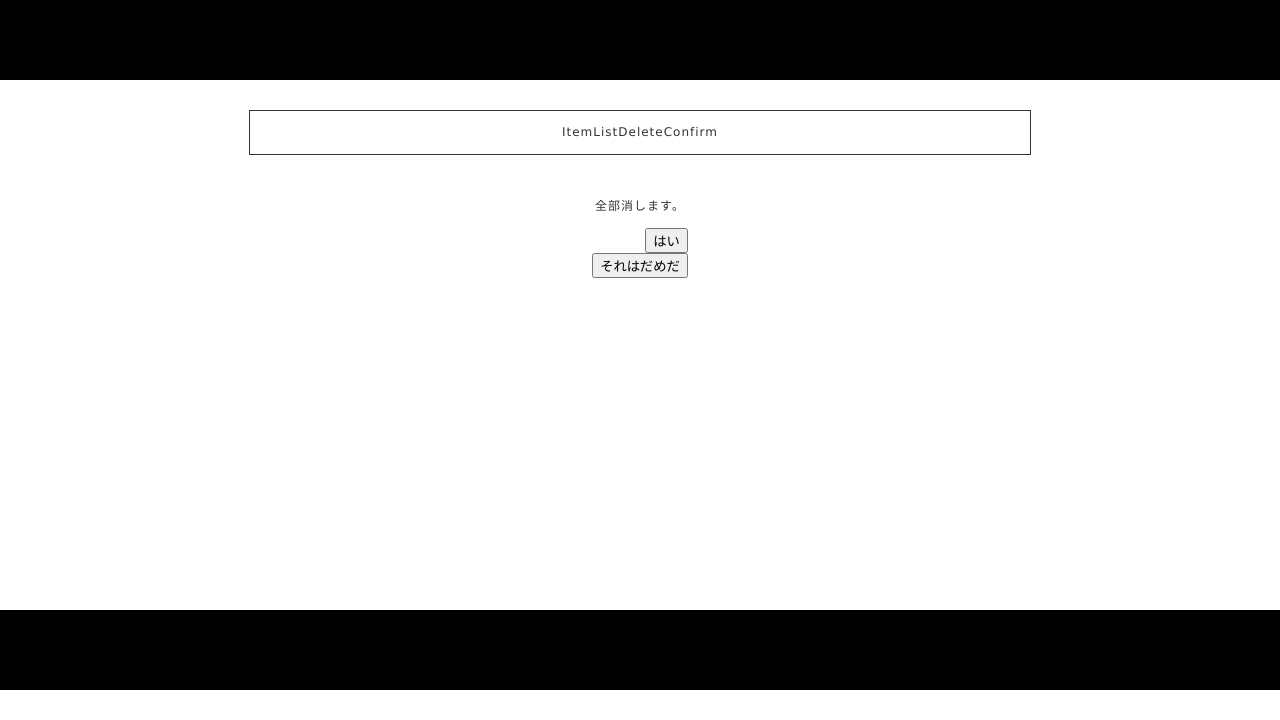
Repository: user-yo-yo/test
Page: http://localhost/ecsite/itemListDeleteConfirm.jsp
These files come from the project's save history. The page is drawn as it stood at one moment and after the next save; the edit follows.
The browser window is 1280 px wide. The pictures show the whole page.
The page is served by Tomcat 9.

Above is the page before, as saved 2019-03-14 06:55:35.

After the next save:
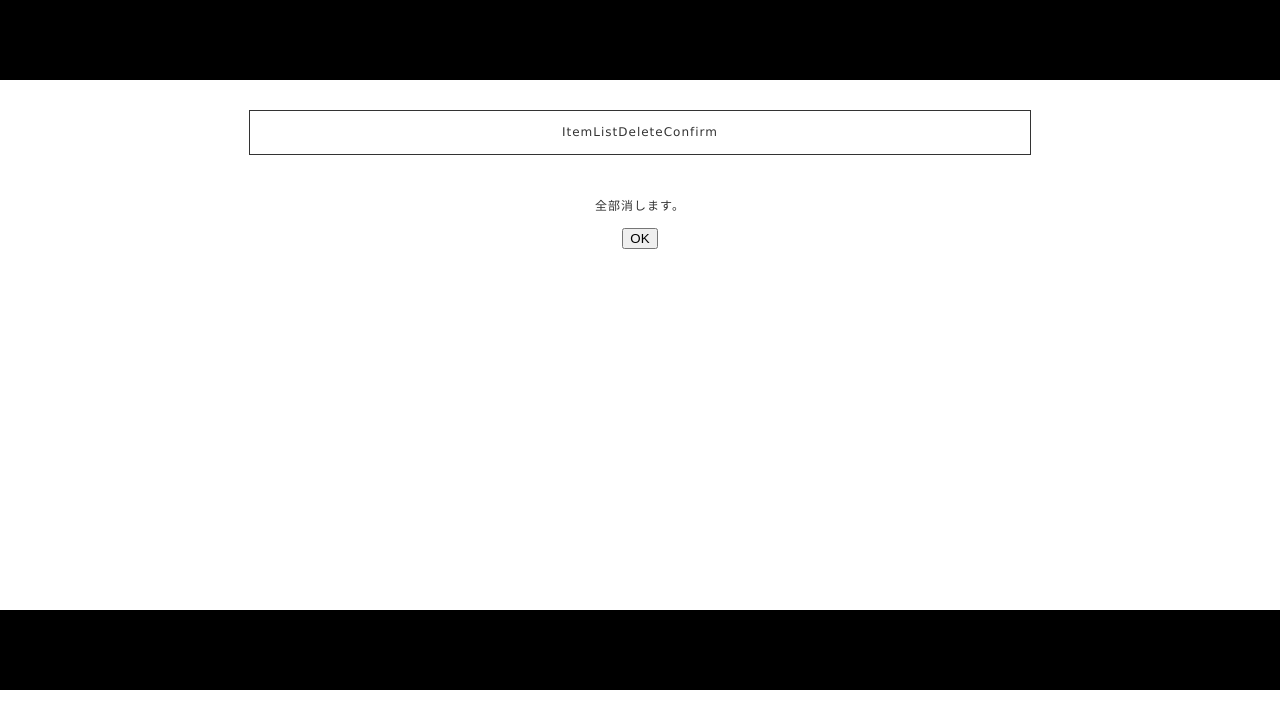
Saved 5 min 4 s later.
--- a/ecsite/WebContent/itemListDeleteConfirm.jsp
+++ b/ecsite/WebContent/itemListDeleteConfirm.jsp
@@ -76,8 +76,9 @@
 		</div>
 		<div id="text-center">
 			<p>全部消します。</p>
-			<s:submit value="はい" />
-			<s:submit value="それはだめだ" />
+			<tr>
+				<td><input type="button" value="OK" onclick="submitAction('ItemListDeleteCompleteAction')"/></td>
+			</tr>
 		</div>
 	</div>
 
